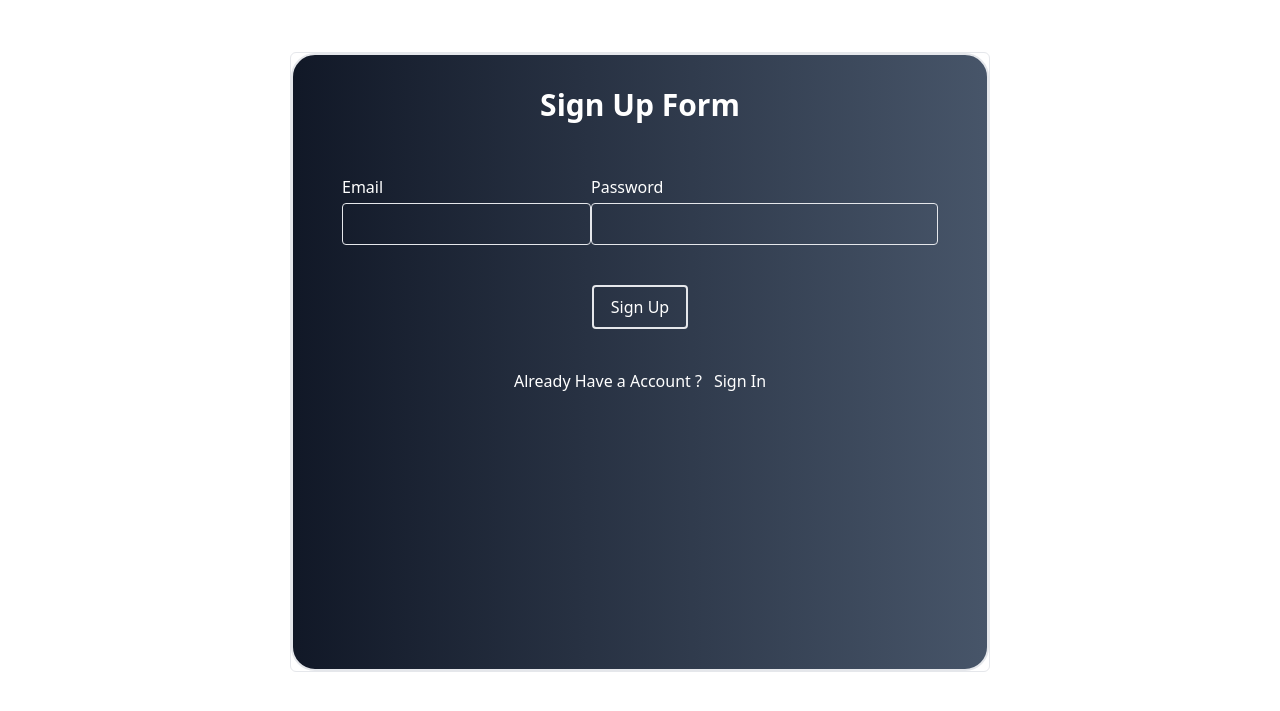
Repository: OmkarTidke8080/Assessment
Page: /sign-in (app in frontend/)
An editor plug-in stored every save of this project. The page is shown before and after a run of saves, followed by the edit.
The browser window is 1280 px wide. The pictures show the whole page.
The project was rebuilt for these pictures with package versions that can differ from the ones it lists, and the page was loaded fresh each time. Also part of the build but not shown: frontend/vite.config.js, frontend/src/components/HomePage.jsx, frontend/src/components/SignUp.jsx.

Above is the page before, as saved 2024-10-19 22:17:17.

After the next 2 saves:
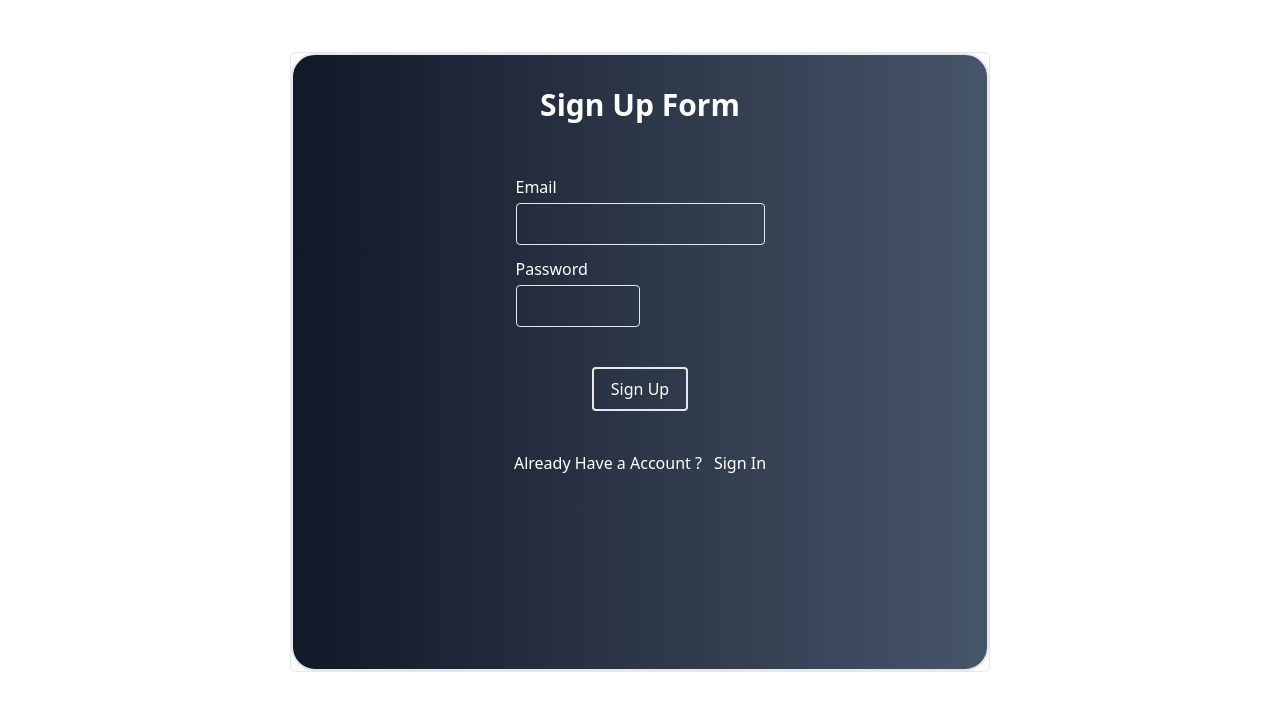
The 2 saves are shown as one change because they came seconds apart.
The last was saved 8 s later.
--- a/frontend/src/components/SignIn.jsx
+++ b/frontend/src/components/SignIn.jsx
@@ -13,8 +13,6 @@ function SignIn() {
             <form>
               <div className="flex justify-center mt-10 ">
                 <div>
-
-                </div>
                   <div className="mt-3">
                     <label htmlFor="email" className=" flex mb-1">
                       Email
@@ -27,33 +25,33 @@ function SignIn() {
                     />
                   </div>
 
-                    <div className="mt-3 w-1/2">
-                      <label htmlFor="username" className=" flex mb-1">
-                        Password
-                      </label>
-                      <input
-                        type="text"
-                        id="FistName"
-                        className="text-black bg-inherit w-full flex border rounded p-2"
-                        required
-                      />
-                    </div>
+                  <div className="mt-3 w-1/2">
+                    <label htmlFor="username" className=" flex mb-1">
+                      Password
+                    </label>
+                    <input
+                      type="text"
+                      id="FistName"
+                      className="text-black bg-inherit w-full flex border rounded p-2"
+                      required
+                    />
+                  </div>
                 </div>
+              </div>
 
-                  <div className="sign-up-button m-10">
-                    <button className="border-2 rounded p-2 w-24 hover:border-green-700 ">
-                      Sign Up
-                    </button>
-                  </div>
-                  <div className="AlreadyAccount flex justify-center gap-x-3">
-                    <h2>Already Have a Account ?</h2>
-                    <button>Sign In</button>
-                  </div>
+              <div className="sign-up-button m-10">
+                <button className="border-2 rounded p-2 w-24 hover:border-green-700 ">
+                  Sign Up
+                </button>
+              </div>
+              <div className="AlreadyAccount flex justify-center gap-x-3">
+                <h2>Already Have a Account ?</h2>
+                <button>Sign In</button>
+              </div>
             </form>
-                </div>
-            </div>
-
-       </div>
+          </div>
+        </div>
+      </div>
     );
 }
 
